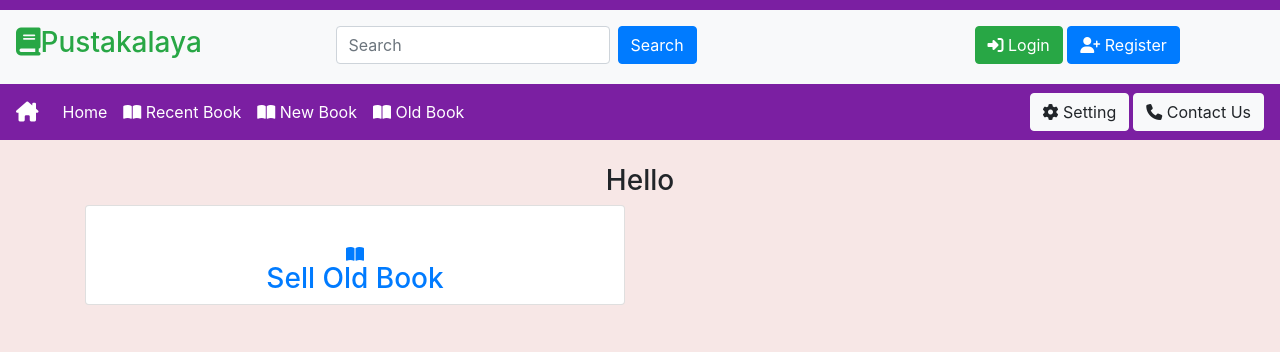
Repository: kalaprabhakar/Pustakalay_Web_Application
Page: http://localhost/E_Book_Management/setting.jsp
The author's editor kept a copy of each file at every save. The page is drawn from the files as they stood at one save, then again after the next save.
The browser window is 1280 px wide. The pictures show the whole page.
Some web libraries are served in a nearby version. The page is served by Tomcat 10.

Above is the page before, as saved 2024-02-28 13:36:21.

After the next save:
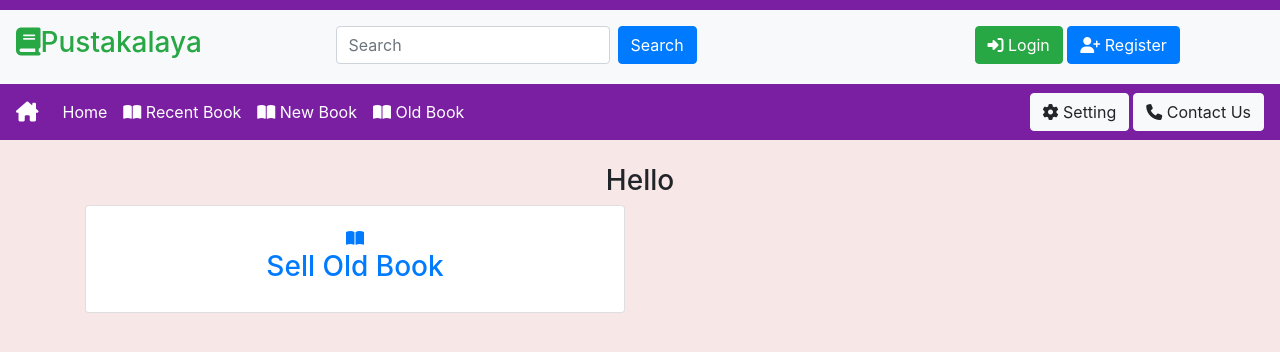
Saved 55 s later.
--- a/E_Book_Management/src/main/webapp/setting.jsp
+++ b/E_Book_Management/src/main/webapp/setting.jsp
@@ -17,10 +17,10 @@
 
 				<a href="#">
 					<div class="card">
-						<div class="card-body"></div>
-						<i class="fa-solid fa-book-open"></i>
-						<h3>Sell Old Book</h3>
-
+						<div class="card-body">
+							<i class="fa-solid fa-book-open"></i>
+							<h3>Sell Old Book</h3>
+						</div>
 					</div>
 
 				</a>
